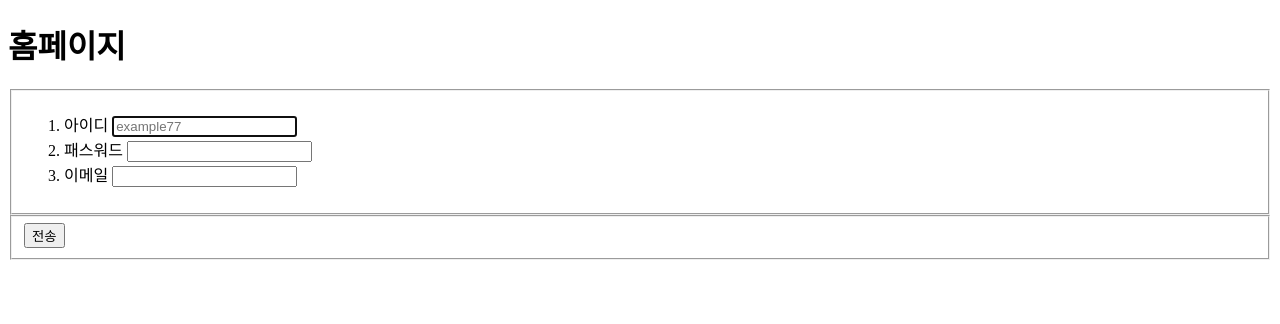
Repository: Cheol-Cheol/KOSA
Page: Kcc_web/Html/WebContent/form.html
The author's editor kept a copy of each file at every save. The page is drawn from the files as they stood at one save, then again after a run of saves.
The browser window is 1280 px wide. The pictures show the whole page.

Above is the page before, as saved 2024-07-08 06:08:30.

### Kcc_web/Html/WebContent/form.html
<!DOCTYPE html>
<html>
<head>
<meta charset="UTF-8">
<title>Insert title here</title>
</head>
<body>
	<h1>홈페이지</h1>
	<form action="서버URL" method="get/post">
		<fieldset>
			<ol>
				<li><label for="id">아이디</label> <input type="text"
					name="userId" id="id" autofocus="autofocus" placeholder="example77" />
				</li>
				<li><label for="id">패스워드</label> <input type="password"
					name="password" /></li>
				<li><label for="id">이메일</label> <input type="email"
					name="email" /></li>
			</ol>
		</fieldset>
		<fieldset>
			<input type="submit" value="전송" />
		</fieldset>
	</form>
</body>
</html>

After the next 2 saves:
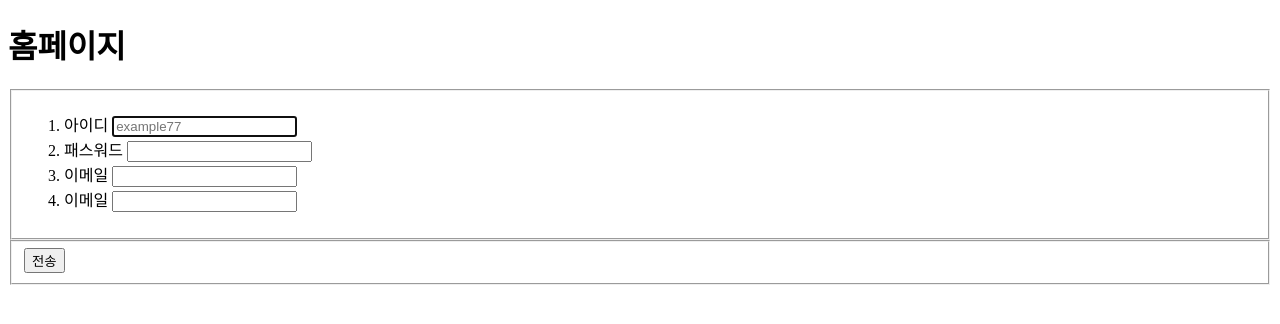
The 2 saves are shown as one change because they came seconds apart.
The last was saved 110 s later.
--- a/Kcc_web/Html/WebContent/form.html
+++ b/Kcc_web/Html/WebContent/form.html
@@ -12,8 +12,10 @@
 				<li><label for="id">아이디</label> <input type="text"
 					name="userId" id="id" autofocus="autofocus" placeholder="example77" />
 				</li>
-				<li><label for="id">패스워드</label> <input type="password"
-					name="password" /></li>
+				<li><label for="password">패스워드</label> <input type="password"
+					name="password" id="password" /></li>
+				<li><label for="id">이메일</label> <input type="email"
+					name="email" /></li>
 				<li><label for="id">이메일</label> <input type="email"
 					name="email" /></li>
 			</ol>
